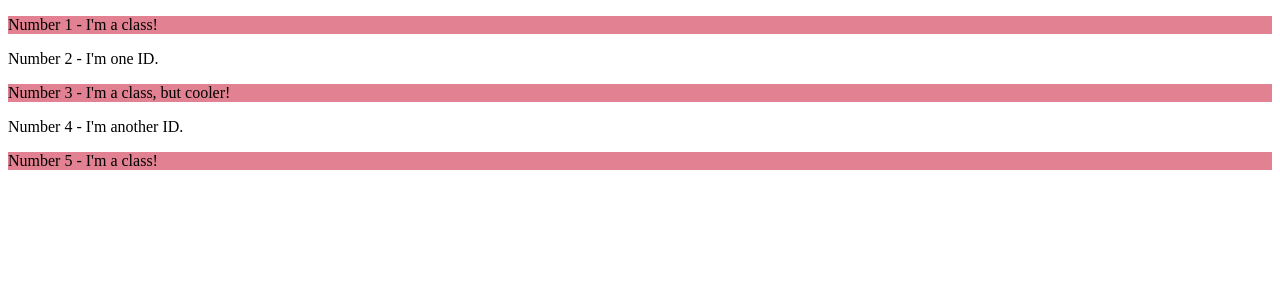
Repository: bbrockbrown/css-exercises
Page: foundations/02-class-id-selectors/index.html
These files come from the project's save history. The page is drawn as it stood at one moment and after the next save; the edit follows.
The browser window is 1280 px wide. The pictures show the whole page.

Above is the page before, as saved 2024-07-07 19:00:27.

### foundations/02-class-id-selectors/index.html
<!--
* **All odd numbered elements**: a light red/pink background, and a list of fonts containing `Verdana` and
  `DejaVu Sans` with `sans-serif` as a fallback
* **The second element**: blue text and a font size of 36px
* **The third element**: in addition to the styles for all odd numbered elements, add a font size of 24px
* **The fourth element**: a light green background, a font size of 24px, and bold
-->
<!DOCTYPE html>
<html lang="en">
  <head>
    <meta charset="UTF-8">
    <meta http-equiv="X-UA-Compatible" content="IE=edge">
    <meta name="viewport" content="width=device-width, initial-scale=1.0">
    <title>Class and ID Selectors</title>
    <link rel="stylesheet" href="style.css">
  </head>
  <body>
    <p class="odd">Number 1 - I'm a class!</p>
    <div id="second">Number 2 - I'm one ID.</div>
    <p class="odd" id="third">Number 3 - I'm a class, but cooler!</p>
    <div id="fourth">Number 4 - I'm another ID.</div>
    <p class="odd">Number 5 - I'm a class!</p>
  </body>
</html>

### foundations/02-class-id-selectors/style.css
.odd {
    background-color: rgb(225, 129, 145);
    font-family: "Times New Roman", Verdana, Geneva, Tahoma, sans-serif;
}

After the next save:
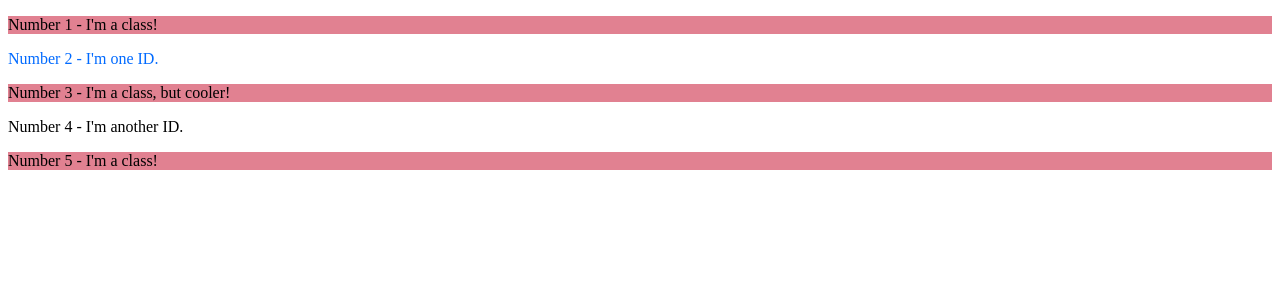
Saved 33 s later.
--- a/foundations/02-class-id-selectors/style.css
+++ b/foundations/02-class-id-selectors/style.css
@@ -2,3 +2,7 @@
     background-color: rgb(225, 129, 145);
     font-family: "Times New Roman", Verdana, Geneva, Tahoma, sans-serif;
 }
+
+#second {
+    color: rgb(0, 106, 255)
+}
